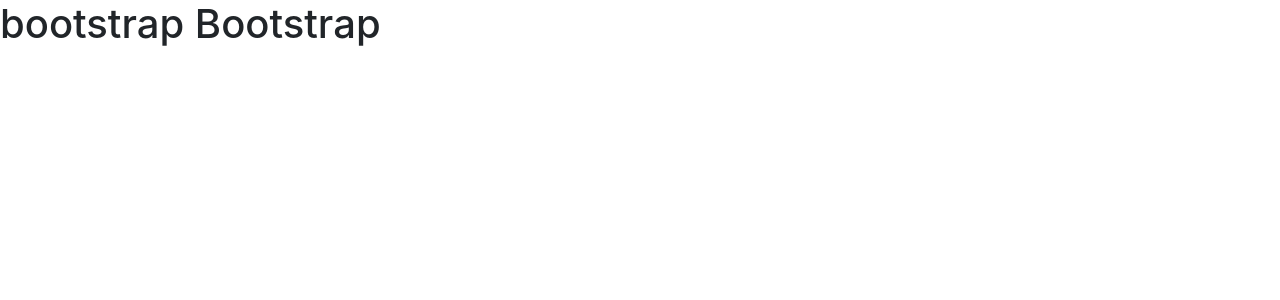
Repository: Mietlicha/exercise2
Page: index.html
The author's editor kept a copy of each file at every save. The page is drawn from the files as they stood at one save, then again after the next save.
The browser window is 1280 px wide. The pictures show the whole page.

Above is the page before, as saved 2019-10-22 15:49:57.

### index.html
<!DOCTYPE html>
<html lang="en">
<head>
    <meta charset="UTF-8">
    <meta name="viewport" content="width=device-width, initial-scale=1.0">
    <meta http-equiv="X-UA-Compatible" content="ie=edge">
    <title>Document</title>
    <link rel="stylesheet" href="https://stackpath.bootstrapcdn.com/bootstrap/4.3.1/css/bootstrap.min.css" integrity="sha384-ggOyR0iXCbMQv3Xipma34MD+dH/1fQ784/j6cY/iJTQUOhcWr7x9JvoRxT2MZw1T" crossorigin="anonymous">

</head>
<body>
    <h1>bootstrap Bootstrap</h1>
</body>
</html>

After the next save:
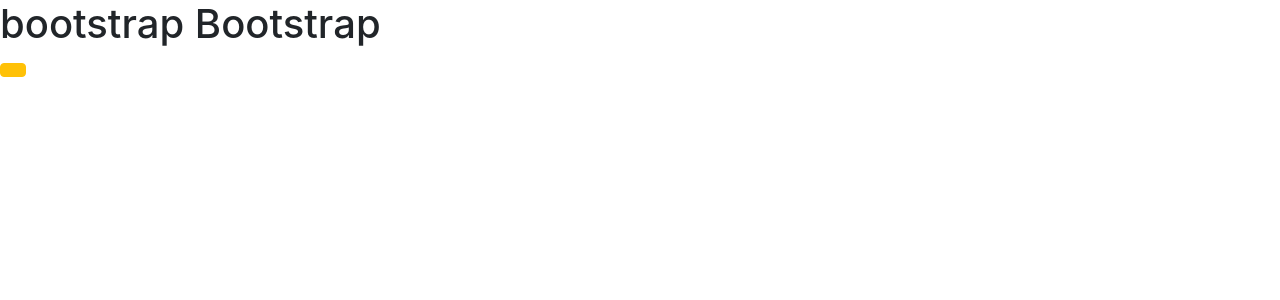
Saved 55 min 10 s later.
--- a/index.html
+++ b/index.html
@@ -10,5 +10,6 @@
 </head>
 <body>
     <h1>bootstrap Bootstrap</h1>
+    <button class="btn btn-warning"></button>
 </body>
 </html>
